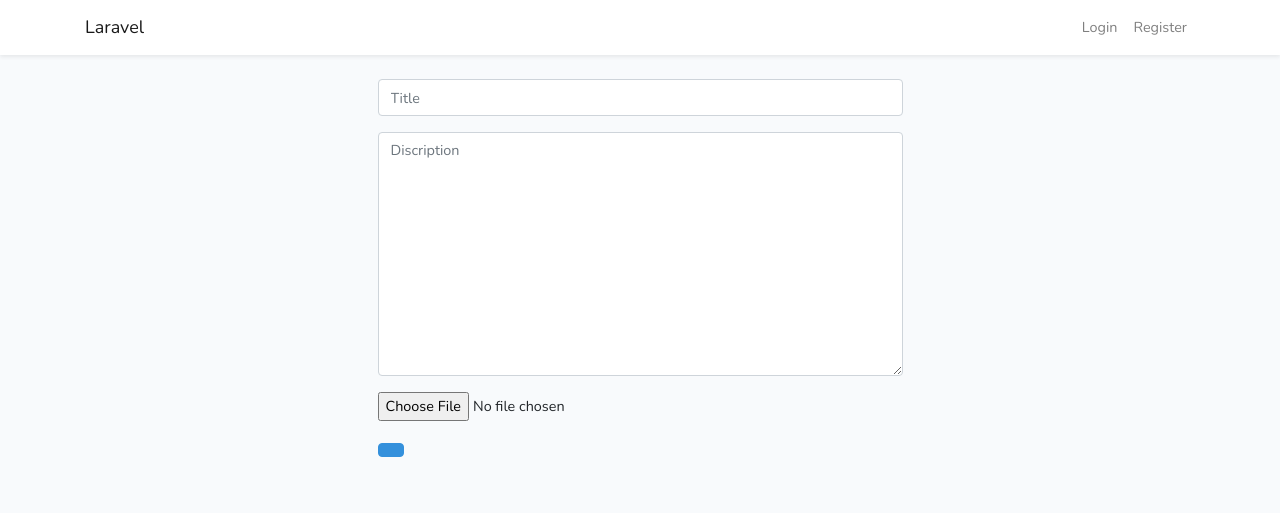
Repository: mohamedelbadawi/Simple-galley-using-laravel
Page: http://localhost/admin/albums/create
These files come from the project's save history. The page is drawn as it stood at one moment and after the next save; the edit follows.
The browser window is 1280 px wide. The pictures show the whole page.
The page is served by the project's Laravel application, run on PHP 8.4 with Laravel 8.

Above is the page before, as saved 2021-08-31 09:52:20.

After the next save:
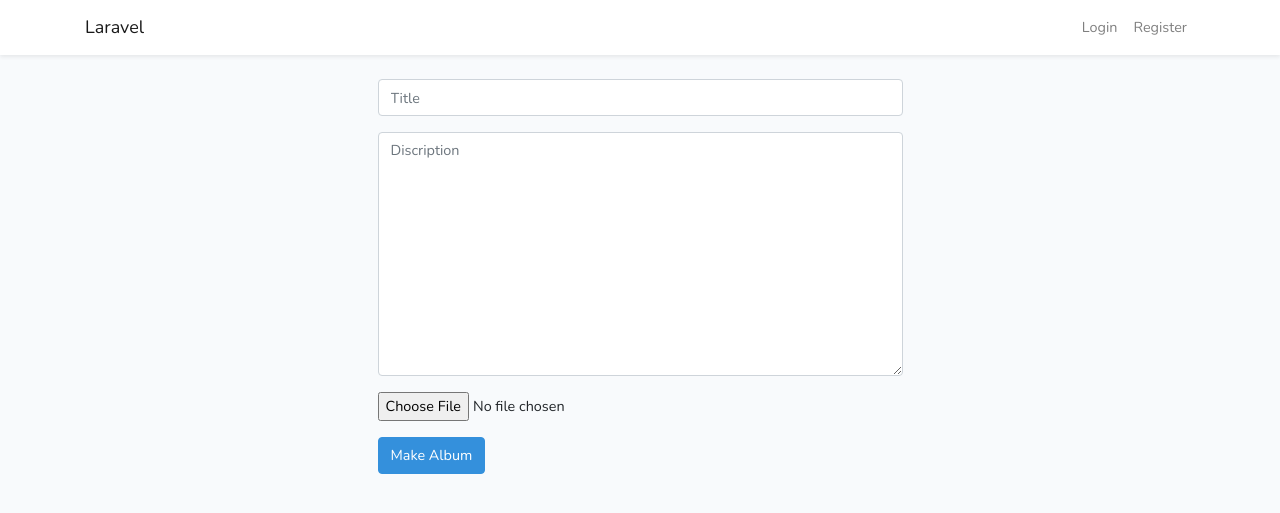
Saved 15 s later.
--- a/Gallery/resources/views/admin/albums/create.blade.php
+++ b/Gallery/resources/views/admin/albums/create.blade.php
@@ -14,7 +14,7 @@
                 <input type="file" src="" placeholder="Choose Album image" name="albumImage" alt="albumimage">
             </div>
             <div class="form-group">
-            <button class="btn btn-primary"></button>
+            <button class="btn btn-primary"> Make Album</button>
             </div>
         </form>
     </div>
